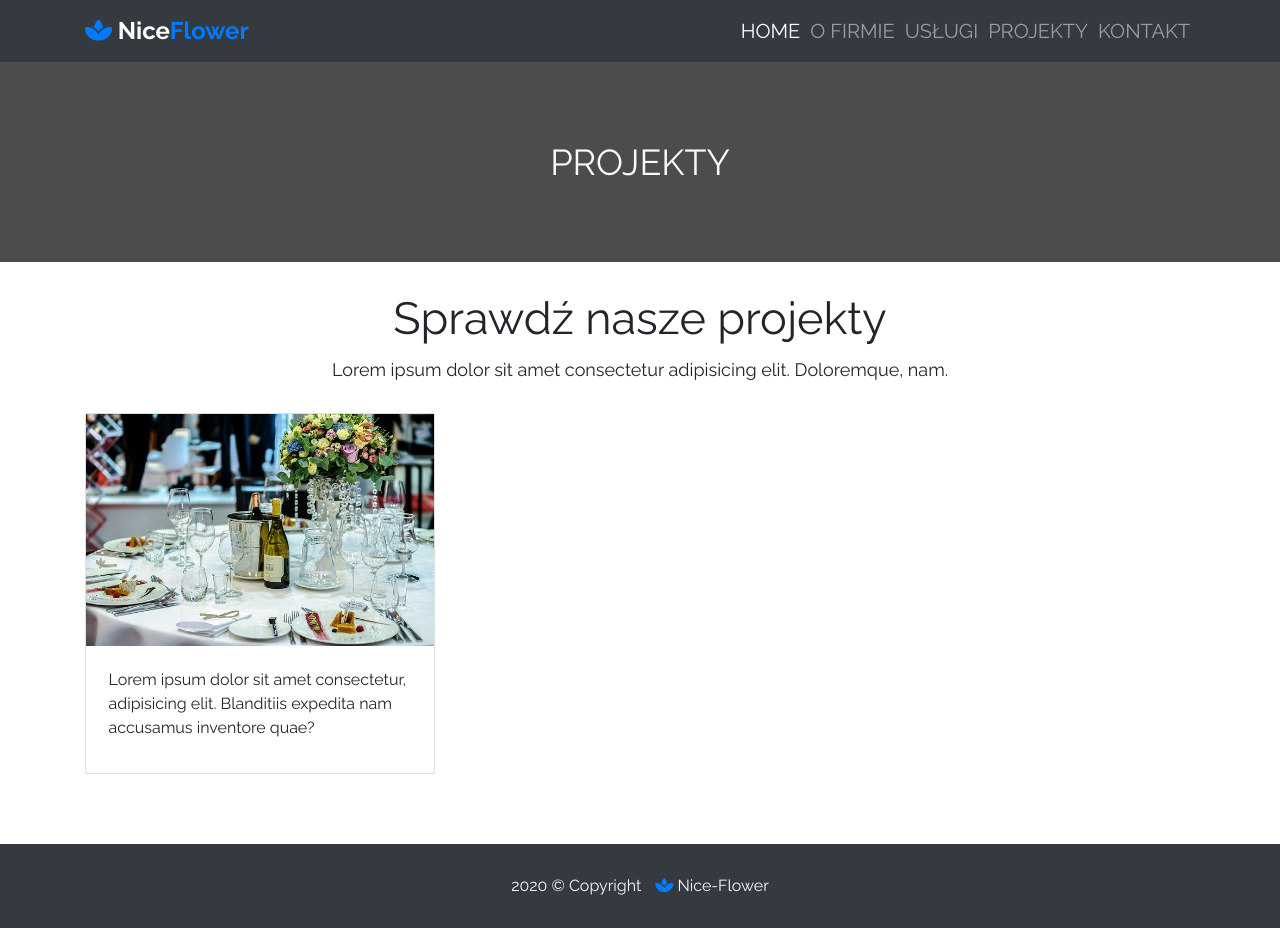
Repository: KrzysKolo/Projekt-13_Kwiaciarnia
Page: projects.html
The author's editor kept a copy of each file at every save. The page is drawn from the files as they stood at one save, then again after the next save.
The browser window is 1280 px wide. The pictures show the whole page.
Some web libraries are served in a nearby version.

Above is the page before, as saved 2020-08-11 12:17:21.

### projects.html
<!DOCTYPE html>
<html lang="pl">
  <head>
    <meta charset="UTF-8" />
    <meta name="viewport" content="width=device-width, initial-scale=1.0" />
    <title>Nice-Flower</title>
    <script
      src="https://kit.fontawesome.com/21efeaf281.js"
      crossorigin="anonymous"
    ></script>

    <link
      rel="stylesheet"
      href="https://stackpath.bootstrapcdn.com/bootstrap/4.5.0/css/bootstrap.min.css"
      integrity="sha384-9aIt2nRpC12Uk9gS9baDl411NQApFmC26EwAOH8WgZl5MYYxFfc+NcPb1dKGj7Sk"
      crossorigin="anonymous"
    />
    <link
      href="https://fonts.googleapis.com/css2?family=Raleway:wght@400;700&display=swap"
      rel="stylesheet"
    />
    <link rel="stylesheet" href="style.css" />
  </head>
  <body>
    <nav class="navbar navbar-expand-lg navbar-dark bg-dark py-3">
      <div class="container">
        <a class="navbar-brand" href="index.html"
          ><i class="fas fa-spa text-primary"></i> Nice<span
            class="text-primary"
            >Flower</span
          ></a
        >
        <button
          class="navbar-toggler border-0"
          type="button"
          data-toggle="collapse"
          data-target="#navbarNavAltMarkup"
          aria-controls="navbarNavAltMarkup"
          aria-expanded="false"
          aria-label="Toggle navigation"
        >
          <i class="fas fa-bars px-4"></i>
        </button>
        <div class="collapse navbar-collapse" id="navbarNavAltMarkup">
          <div class="navbar-nav ml-auto">
            <a class="nav-link active" href="index.html">Home </a>
            <a class="nav-link" href="abouteus.html">O firmie</a>
            <a class="nav-link" href="services.html"> Usługi</a>
            <a class="nav-link" href="#"
              ><span class="sr-only">(current)</span>Projekty</a
            >
            <a class="nav-link" href="contact.html">Kontakt</a>
          </div>
        </div>
      </div>
    </nav>

    <!-- MAIN -->
    <main>
      <section class="top-hero projects-hero">
        <div class="hero-shadow"></div>
        <p class="top-hero-text text-light">Projekty</p>
      </section>
      <section class="py-5 projects mb-5">
        <div class="container text-center mb-5">
          <p class="display-3">Sprawdź nasze projekty</p>
          <p class="additional-text">
            Lorem ipsum dolor sit amet consectetur adipisicing elit. Doloremque,
            nam.
          </p>
        </div>
        <div class="container">
          <div class="row">
            <div class="col-md-6 col-lg-4">
              <div class="card mb-3">
                <img src="./img/p1.jpg" alt="Lorem lorem" />
                <div class="card-body">
                  <p class="p-3">
                    Lorem ipsum dolor sit amet consectetur, adipisicing elit.
                    Blanditiis expedita nam accusamus inventore quae?
                  </p>
                </div>
              </div>
            </div>
          </div>
        </div>
      </section>
    </main>
    <footer class="bg-dark text-light">
      <p class="py-5 px-3 mb-0 text-center">
        2020 &copy; Copyright
        <i class="ml-3 fas fa-spa text-primary"></i> Nice-Flower
      </p>
    </footer>
    <script
      src="https://code.jquery.com/jquery-3.5.1.slim.min.js"
      integrity="sha384-DfXdz2htPH0lsSSs5nCTpuj/zy4C+OGpamoFVy38MVBnE+IbbVYUew+OrCXaRkfj"
      crossorigin="anonymous"
    ></script>
    <script
      src="https://cdn.jsdelivr.net/npm/popper.js@1.16.0/dist/umd/popper.min.js"
      integrity="sha384-Q6E9RHvbIyZFJoft+2mJbHaEWldlvI9IOYy5n3zV9zzTtmI3UksdQRVvoxMfooAo"
      crossorigin="anonymous"
    ></script>
    <script
      src="https://stackpath.bootstrapcdn.com/bootstrap/4.5.0/js/bootstrap.min.js"
      integrity="sha384-OgVRvuATP1z7JjHLkuOU7Xw704+h835Lr+6QL9UvYjZE3Ipu6Tp75j7Bh/kR0JKI"
      crossorigin="anonymous"
    ></script>
  </body>
</html>

### style.css
* {
  box-sizing: border-box;
  margin: 0;
  padding: 0;
}
html {
  font-size: 62.5%;
}
body {
  font-family: "Raleway", sans-serif;
  font-size: 1.6rem;
}
.hero-shadow {
  position: absolute;
  top: 0;
  width: 100%;
  height: 100%;
  background-color: rgba(0, 0, 0, 0.7);
  z-index: -1;
}
.additional-text {
  font-size: 1.8rem;
}
.top-hero {
  position: relative;
  height: 20rem;
  background-size: cover;
  z-index: 0;
}
.top-hero-text {
  display: flex;
  justify-content: center;
  align-items: center;
  height: 100%;
  font-size: 3.6rem;
  text-transform: uppercase;
}
/* ----------- */
/*  nawigacja  */
/* ----------- */
nav {
  font-size: 2rem;
  text-transform: uppercase;
}
.navbar-toggler {
  font-size: 3rem;
}
.navbar-brand {
  font-size: 2.4rem;
  font-weight: bold;
  text-transform: none;
}
/* ----------- */
/*    header   */
/* ----------- */
header {
  font-size: 2rem;
}
.carousel-item {
  position: relative;
  height: 400px;
  background-position: center;
  background-size: cover;
  z-index: 0;
}
.carousel-img-one {
  background-image: url("./img/b1m.jpg");
}
.carousel-img-two {
  background-image: url("./img/b2m.jpg");
}
.carousel-img-three {
  background-image: url("./img/b4m.jpg");
}
/* ----------- */
/*     main    */
/* ----------- */
.home-boxes {
  padding: 5rem 0;
}
.home-box i {
  font-size: 4rem;
}
.home-box h3 {
  font-size: 2.6rem;
}
/* ----------- */
.home-passion {
  position: relative;
  height: 350px;
  background-image: url("./img/b8m.jpg");
  background-position: center;
  background-size: cover;
  z-index: 0;
}
/* ----------- */
.home-brand h3 {
  font-size: 3rem;
  font-weight: bold;
}
/* ----------- */
/*   aboutus   */
/* ----------- */
.aboutus-hero {
  background-image: url("./img/obrazek1.jpg");
  background-position: bottom;
}
/* ----------- */
.aboutus-top .display-3 {
  text-transform: uppercase;
}
/* ----------- */
.aboutus-info {
  background-color: rgba(0, 0, 0, 0.3);
}
.aboutus-info .container {
  padding: 2em 0.5em;
}
.aboutus-text {
  padding: 1.8rem;
}
.aboutus-text h3 {
  margin-bottom: 0.5em;
  font-size: 2.6rem;
  text-transform: uppercase;
  font-weight: bold;
  text-decoration: underline #007bff;
}
.abouts-text-right {
  text-align: right;
}
.aboutus-img {
  height: 300px;
  background-image: url("./img/b5m.jpg");
  background-position: center;
  background-size: cover;
}
/* ----------- */
.aboutus-bottom i {
  font-size: 3rem;
}
.aboutus-bottom h3 {
  font-size: 2.2rem;
  font-weight: bold;
}
/* ----------- */
/*    usługi   */
/* ----------- */
.service-hero {
  background-image: url("./img/pm.jpg");
  background-position: 0 50%;
}
/* ----------- */
.service-hero-box {
  position: relative;
  height: 300px;
  background-size: cover;
  z-index: 0;
}
.service-hero-box p {
  display: flex;
  justify-content: center;
  align-items: center;
  font-size: 3rem;
  text-transform: uppercase;
}
.service-pricing .box-one {
  background-image: url("./img/b2m.jpg");
}
.service-pricing .box-two {
  background-image: url("./img/bsm.jpg");
}
.service-pricing .box-three {
  background-image: url("./img/wm.jpg");
}
.service-pricing .box-four {
  background-image: url("./img/rdm.jpg");
}
.service-pricing .card-header {
  font-size: 2rem;
  cursor: pointer;
}
.service-pricing h3 {
  font-weight: bold;
}
.service-pricing .btn {
  font-size: 1.6rem;
  text-transform: uppercase;
}
/* ----------- */
/*    footer   */
/* ----------- */
footer {
  font-size: 1.6rem;
}
@media (min-width: 992px) {
  .aboutus-info .container {
    padding: 0;
  }
  .aboutus-shadow {
    box-shadow: inset 0 5px 10px -5px rgba(0, 0, 0, 0.4);
  }
  .aboutus-text {
    padding: 5em 0;
    transform: skew(-15deg);
  }
  .abouts-text-left {
    padding-right: 2em;
    text-align: right;
  }
  .abouts-text-right {
    padding-left: 2em;
    text-align: left;
  }
  .aboutus-img {
    height: auto;
    transform: skew(-15deg);
  }
}
@media (min-width: 1400px) {
  .carousel-item {
    height: 600px;
  }
  .carousel-img-one {
    background-image: url("./img/b1.jpg");
  }
  .carousel-img-two {
    background-image: url("./img/b2.jpg");
  }
  .carousel-img-three {
    background-image: url("./img/b4.jpg");
  }
}

After the next save:
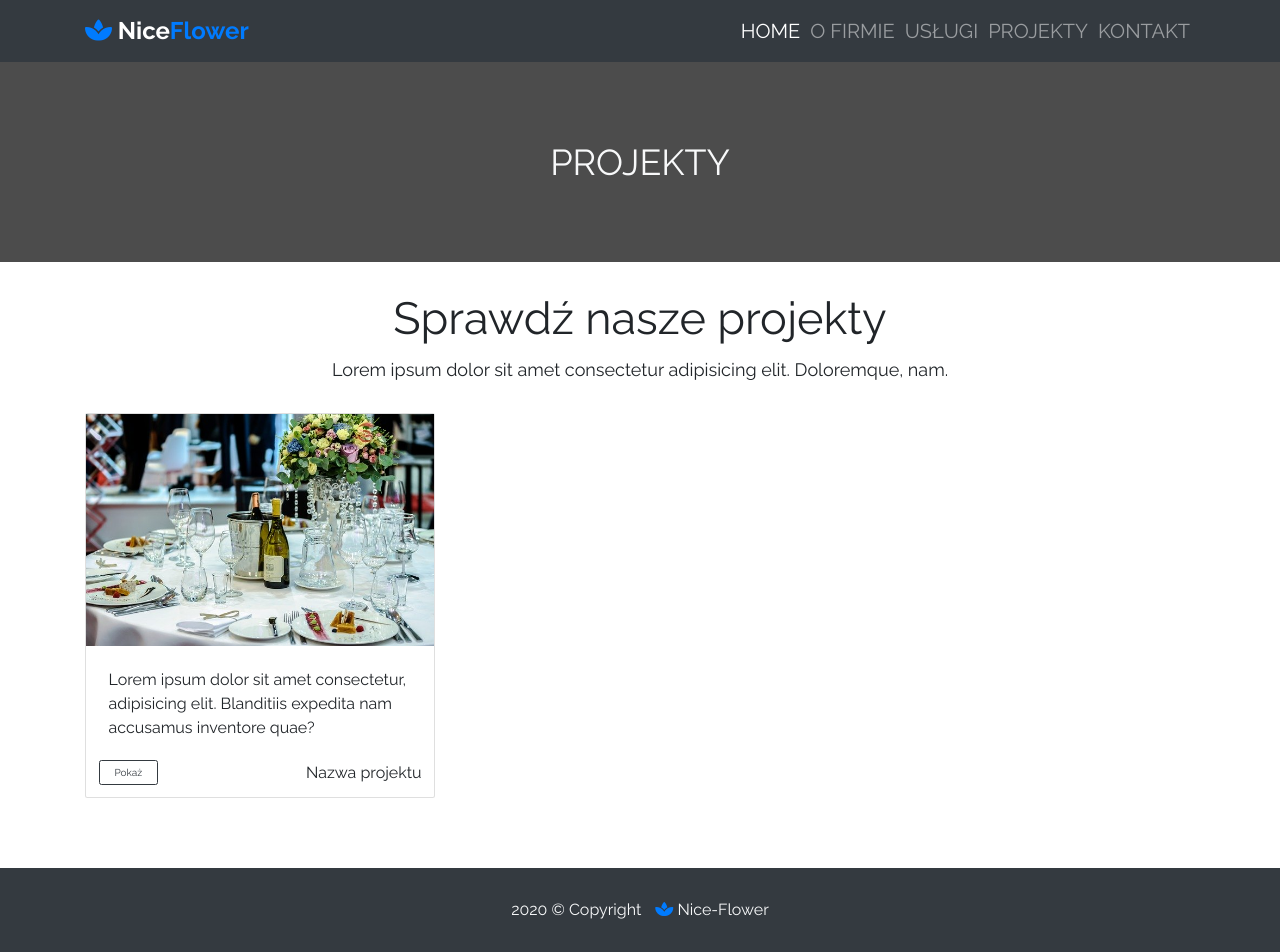
Saved 3 min 27 s later.
--- a/projects.html
+++ b/projects.html
@@ -79,6 +79,12 @@
                     Lorem ipsum dolor sit amet consectetur, adipisicing elit.
                     Blanditiis expedita nam accusamus inventore quae?
                   </p>
+                  <div
+                    class="d-flex justify-content-between align-items-center"
+                  >
+                    <button class="btn btn-outline-dark px-4">Pokaż</button>
+                    <p class="align-self-center m-0">Nazwa projektu</p>
+                  </div>
                 </div>
               </div>
             </div>
